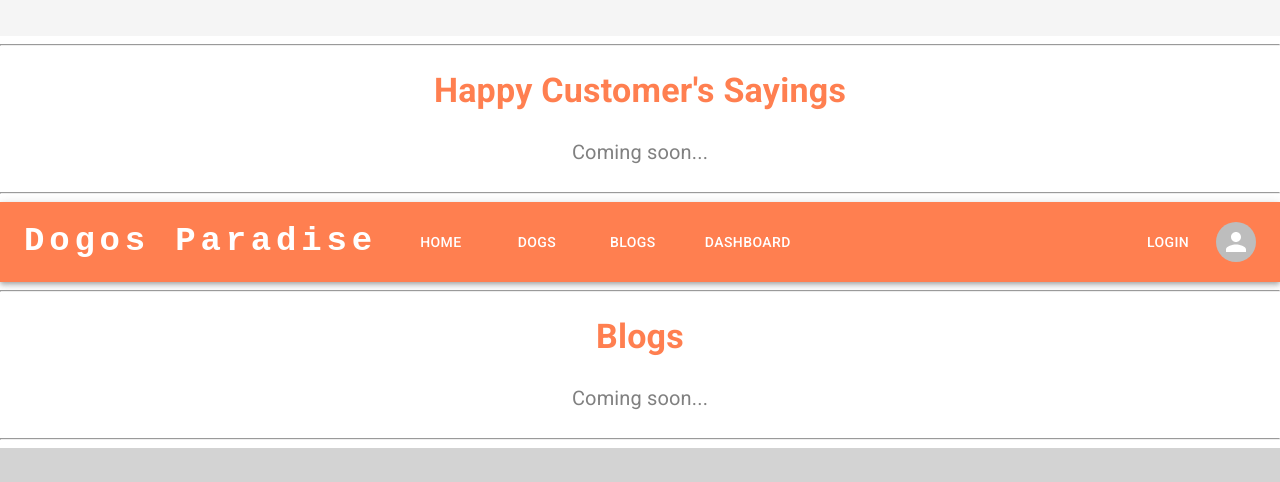
Repository: Sharif-00112/dogos-paradise-client
Page: /
The author's editor kept a copy of each file at every save. The page is drawn from the files as they stood at one save, then again after the next save.
The browser window is 1280 px wide. The pictures show the part of the page from y = 1663 to 2145 px (the page is 3483 px tall before and 3394 px after).
Pictures or frames that could not be fetched are drawn as grey boxes. The page's requests for data from a server got no answer. The project was rebuilt for these pictures with package versions that can differ from the ones it lists, and the page was loaded fresh each time. Some packages were replaced by stand-ins written for this rebuild. No one was signed in, and anything a server would have sent is missing. Also part of the build but not shown: src/Pages/Home/Dog/Dog.js, src/Pages/Login/Login/Login.js, src/Pages/Login/Register/Register.js, src/Pages/NotFound/NotFound.js.

Above is the page before, as saved 2022-12-05 23:40:58.

After the next save:
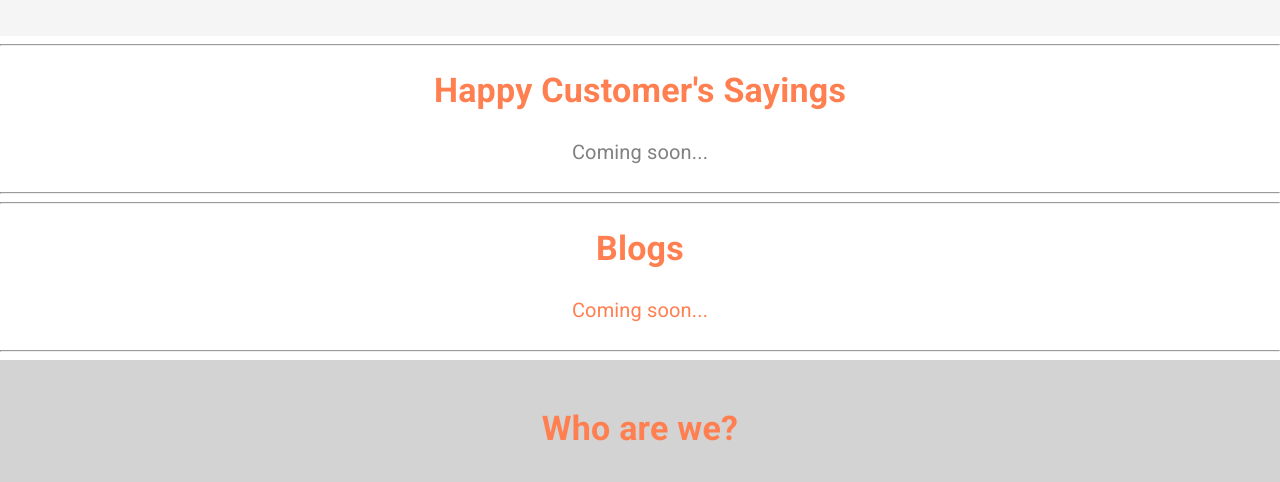
Saved 48 s later.
--- a/src/Pages/Home/Blogs/Blogs.js
+++ b/src/Pages/Home/Blogs/Blogs.js
@@ -1,17 +1,15 @@
 import React from 'react';
 import { Typography } from '@mui/material';
-import Navigation from '../../Shared/Navigation/Navigation';
 
 
 const Blogs = () => {
     return (
         <div>
-            <Navigation></Navigation>
             <hr />
             <Typography sx={{ m: 3, color: 'coral', fontWeight: 600 }} variant="h4" component="div">
                 Blogs
             </Typography>
-            <Typography sx={{ m: 3, color: 'gray', fontWeight: 400 }} variant="h6" component="div">
+            <Typography sx={{ m: 3, color: 'coral', fontWeight: 400 }} variant="h6" component="div">
                 Coming soon...
             </Typography>
             <hr />
